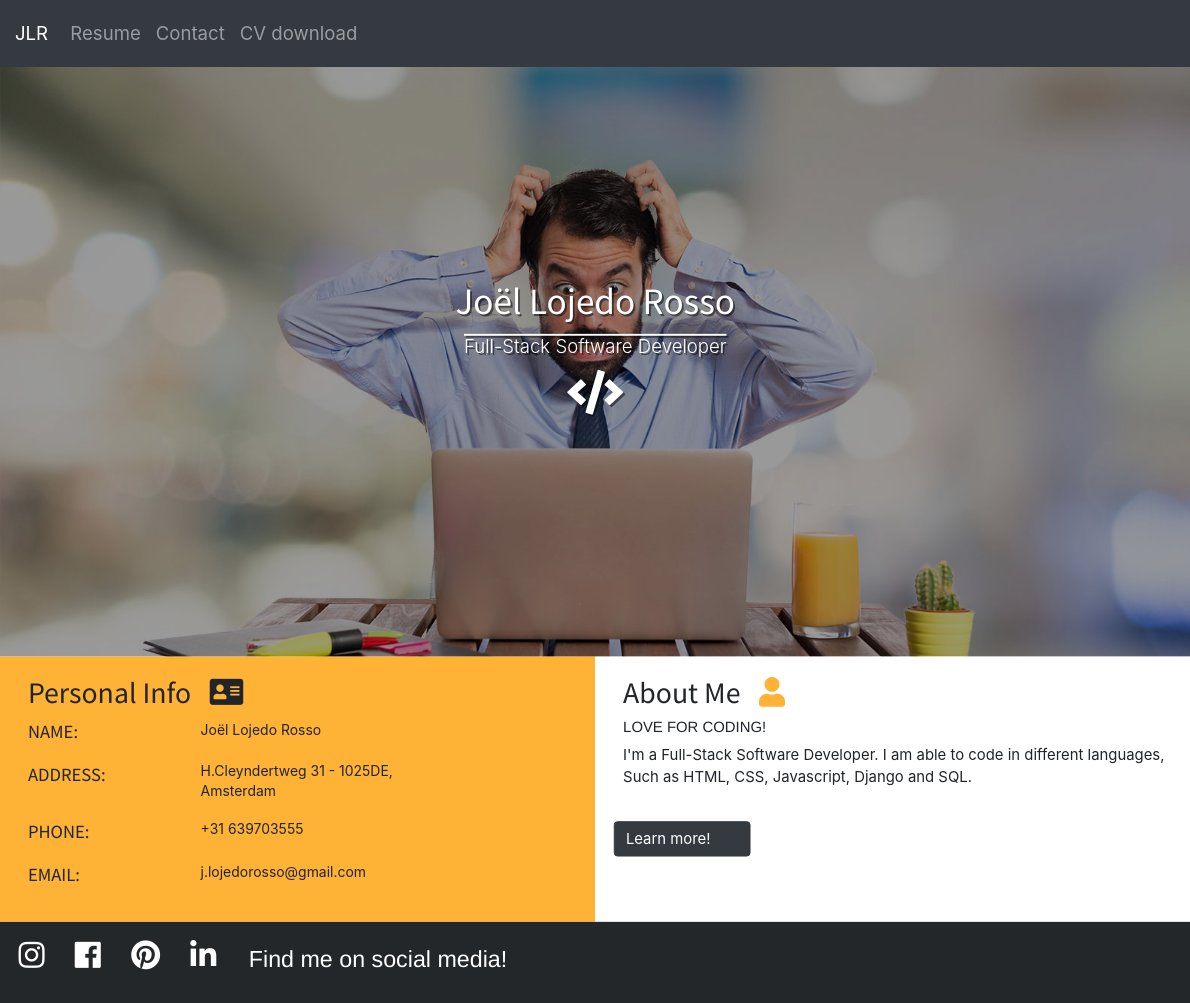
Repository: Kawaiisaki/Portfolio-site
Page: index.html
The author's editor kept a record of every edit. The page is drawn from the files as they stood at one moment, then again after the next edit.
The browser window is 1280 px wide. The pictures show the whole page, at 93% of full size.
Backgrounds fixed to the window are drawn as part of the page. Some web libraries are served in a nearby version.

Above is the page before.

### index.html
<!DOCTYPE html>
<html lang="en">

<head>
    <meta charset="UTF-8">
    <meta name="viewport" content="width=device-width, initial-scale=1.0">
    <meta http-equiv="X-UA-Compatible" content="ie=edge">
    <link rel="stylesheet" href="https://maxcdn.bootstrapcdn.com/bootstrap/4.2.1/css/bootstrap.min.css" type="text/css" />
    <link rel="stylesheet" href="https://use.fontawesome.com/releases/v5.0.10/css/all.css" integrity="sha384-+d0P83n9kaQMCwj8F4RJB66tzIwOKmrdb46+porD/OvrJ+37WqIM7UoBtwHO6Nlg" crossorigin="anonymous">
    <link rel="stylesheet" href="https://cdnjs.cloudflare.com/ajax/libs/hover.css/2.3.1/css/hover-min.css" type="text/css" />
    <link rel="stylesheet" href="assets/css/style.css" type="text/css" />
    <title>Joel's Portfolio</title>
</head>

<body>
    <header class="container-fluid">
        <nav class="navbar sticky-top navbar-expand-lg navbar-dark bg-dark">
            <a class="navbar-brand" href="#">JLR</a>
            <button class="navbar-toggler" type="button" data-toggle="collapse" data-target="#navbarSupportedContent" aria-controls="navbarSupportedContent" aria-expanded="false" aria-label="Toggle navigation">
    <span class="navbar-toggler-icon"></span>
  </button>

            <div class="collapse navbar-collapse" id="navbarSupportedContent">
                <ul class="navbar-nav navbar-brand mr-auto">
                    <li class="nav-item">
                        <a class="nav-link" href="../resume.html">Resume</a>
                    </li>
                    <li class="nav-item">
                        <a class="nav-link" href="#">Contact</a>
                    </li>
                    <li class="nav-item">
                        <a class="nav-link" href="#">CV download</a>
                    </li>
                </ul>
            </div>
        </nav>
        <div class="container-fluid callout-container">
            <div class="transparant-overlay"></div>
            <div class="row">
                <div class="col-12">
                    <div class="jumbotron callout text-center">
                        <div class="container">
                            <h1 class="name"> Joël Lojedo Rosso</h1>
                            <p class="lead"> Full-Stack Software Developer</p>
                            <i class="fas fa-code fa-3x"></i>
                        </div>
                    </div>
                </div>
            </div>
        </div>
    </header>
    <section>
        <div class="container-fluid">
            <div class="row no-gutters">
                <div class="col personal-info">
                    <h2 class="about-me">Personal Info<i class="fas fa-address-card"></i></h2>
                    <div class="key">
                        <p class="uppercase">Name:</p>
                    </div>
                    <div class="value">
                        <p>Joël Lojedo Rosso</p>
                    </div>
                    <div class="key">
                        <p class="uppercase">Address:</p>
                    </div>
                    <div class="value">
                        <p>H.Cleyndertweg 31 - 1025DE, Amsterdam</p>
                    </div>
                    <div class="key">
                        <p class="uppercase">Phone:</p>
                    </div>
                    <div class="value">
                        <p>+31 639703555</p>
                    </div>
                    <div class="key">
                        <p class="uppercase">Email:</p>
                    </div>
                    <div class="value">
                        <p>j.lojedorosso@gmail.com</p>
                    </div>
                </div>
                <div class="col introduction">
                    <h2 class="about-me">About Me<i class="fas fa-user"></i></h2>
                    <h6 class="subtitle uppercase"> Love for coding!</h6>
                    <p>I'm a Full-Stack Software Developer. I am able to code in different languages, Such as HTML, CSS, Javascript, Django and SQL.</p>
                    <button type="button" class="btn btn-dark">Learn more!<a href="#"></a></button>
                </div>
            </div>
        </div>
    </section>
    <section>

    </section>
    <footer>
        <div class="container-fluid social-icons">
            <div class="row no-gutters ">
                <div class="col-md-auto">
                    <ul class="list-inline social-media-icons">
                        <li class="list-inline-item">
                            <a target="_blank" href="https://www.instagram.com/thekawaiisaki/">
                                <i class="fab fa-instagram fa-2x" aria-hidden="true"></i>
                                <span class="sr-only">Instagram</span>
                            </a>
                        </li>
                        <li class="list-inline-item">
                            <a target="_blank" href="https://www.facebook.com/joellojedorosso">
                                <i class="fab fa-facebook fa-2x"  aria-hidden="true"></i>
                                <span class="sr-only">Facebook</span>
                            </a>
                        </li>
                        <li class="list-inline-item">
                            <a target="_blank" href="https://nl.pinterest.com/jlojedorosso/">
                                <i class="fab fa-pinterest fa-2x" aria-hidden="true"></i>
                                <span class="sr-only">Pinterest</span>
                            </a>
                        </li>
                        <li class="list-inline-item">
                            <a target="_blank" href="https://www.linkedin.com/in/joellojedorosso/">
                                <i class="fab fa-linkedin-in fa-2x" aria-hidden="true"></i>
                                <span class="sr-only">Instagram</span>
                            </a>
                        </li>
                    </ul>
                </div>
                <div class="col">
                    <div>
                        <h3 class="social-text">Find me on social media!</h3>
                    </div>
                </div>
            </div>
        </div>
    </footer>
</body>

</html>

### assets/css/style.css
@import url('https://fonts.googleapis.com/css?family=Source+Sans+Pro:100,200,300,400,500,600,700,800,900&display=swap');

.container-fluid {
  padding-left: 0;
  padding-right: 0;
}

/*---------------------------------------Callout*/

.callout-container {
  height: 88vh;

  background: url('../images/stock.jpg') no-repeat center center fixed;
  -webkit-background-size: cover;
  -moz-background-size: cover;
  -o-background-size: cover;
  background-size: cover;

  display: flex;
  align-items: center;
  justify-content: center;

  position: relative;
}

.transparant-overlay {
  position: absolute;
  top: 0;
  left: 0;
  width: 100%;
  height: 100%;
  background-color: rgba(0, 0, 0, 0.4)
}

.jumbotron {
  background-color: transparent;
}

.name {
  font-family: "Source Sans Pro", sans-serif;
  color: white;
  font-weight: 400;
  margin-bottom: 10px;
  text-shadow: 2px 2px rgba(0, 0, 0, 0.5);
}

.lead {
  color: #ffffff;
  margin: 10px;
  text-decoration: overline;
  text-shadow: 2px 2px rgba(0, 0, 0, 0.5);
}

.fa-code {
  color: #fff;
  text-shadow: 2px 2px rgba(0, 0, 0, 0.5);
}

/*---------------------------------------About-Personal-*/

.subtitle {
  margin-left: 30px;
  font-family: "helvetica", sans-serif;
  font-weight: 200;
}

.key {
  font-family: "Source Sans Pro", sans-serif;
  padding-left: 30px;
  display: inline-block;
  font-size: 20px;
  width: 33%;
  vertical-align: top;
}

.value {
  display: inline-block;
  font-size: 15px;
  width: 33%;
}

.personal-info {
  padding: 20px;
  background-color: #feb236;
  display: block;
  clear: both;
}


.introduction {
  padding: 20px;
  background-color: #fff;
}

.introduction p {
  margin-left: 30px;
}

.about-me {
  font-family: "Source Sans Pro", sans-serif;
  margin-left: 30px;
}

.fa-user,
.fa-address-card {
  padding-left: 20px;
}

.fa-user {
  color: #feb236;
}

.introduction a {
  margin-left: 30px;
}

/*---------------------------------------Footer*/

.social-text {
  color: #fff;
  font-family: "Helvetica", sans-serif;
  font-weight: 400;
  font-size: 25px;
  padding-top: 15px;
  padding-left: 25px;
}

footer {
  background-color: #24272a;
  min-height: 50px;
  padding: 10px;
}

.social-media-icons li i {
  color: #fff;
  margin: 10px;
}

/*---------------------------------------Additional*/

.uppercase {
  text-transform: uppercase;
}

/*---------------------------------------About page*/

.fa-file-code,
.fa-cogs,
.fa-tasks {
  padding-left: 20px;
}

.white-text {
  color: #fff;
}

/*---------------------------------------About bg colors*/

.what-bg-color {
  background-color: #6b5b95;
}

.how-bg-color {
  background-color: #fff;
}

.why-bg-color {
  background-color: #feb236;
}

/*---------------------------------------Resume page*/

.projects {
  background-color: #6b5b95;
  color: #fff;
  font-family: "Source Sans Pro", sans-serif;
  max-width: 50%;
  padding: 60px;
}

.list-group-item {
  background-color: transparent;
}

.project-item {
  color: #fff;
  text-decoration: none;
  max-width: 60%;
  margin: auto;
}

.project-item:hover {
  text-decoration: none;
  color: #feb236;
}

.front-end,
.back-end {
  font-family: "Source Sans Pro", sans-serif;
  padding: 60px;
}

.back-end {
  background-color: #f6f6f6;
}

.fa-laptop {
  padding-left: 20px;
}

/*---------------------------------------Progress bars*/

.skill-progression {
  font-family: "Source Sans Pro", sans-serif;
}

.progress {
  position: relative;
  margin-bottom: 4px;
  height: 25px;
}

.progres-skill {
  font-family: "Sans Source Pro", sans-serif;
  position: absolute;
  left: 5px;
  font-weight: 400;
  padding: 3px 30px 2px 10px;
  color: #000;
}

.bar-skills {
  margin: auto;
  max-width: 80%;
  padding: 60px;
}

.progress-bar-striped {
  background-color: #feb236;
}

/*---------------------------------------contact page*/

.contact-heading {
  margin: 50px;
}

.contact-title,
.contact-me {
  font-family: "Source Sans Pro", sans-serif;
}

.contact-title {
  font-weight: 200;
}

.btn-primary {
  background-color: #feb236;
  color: #000;
}

button {
  margin: 20px;
}

.form-placement {
  padding-top: 20px;
  max-width: 40%;
  margin: auto;
}

After the next edit:
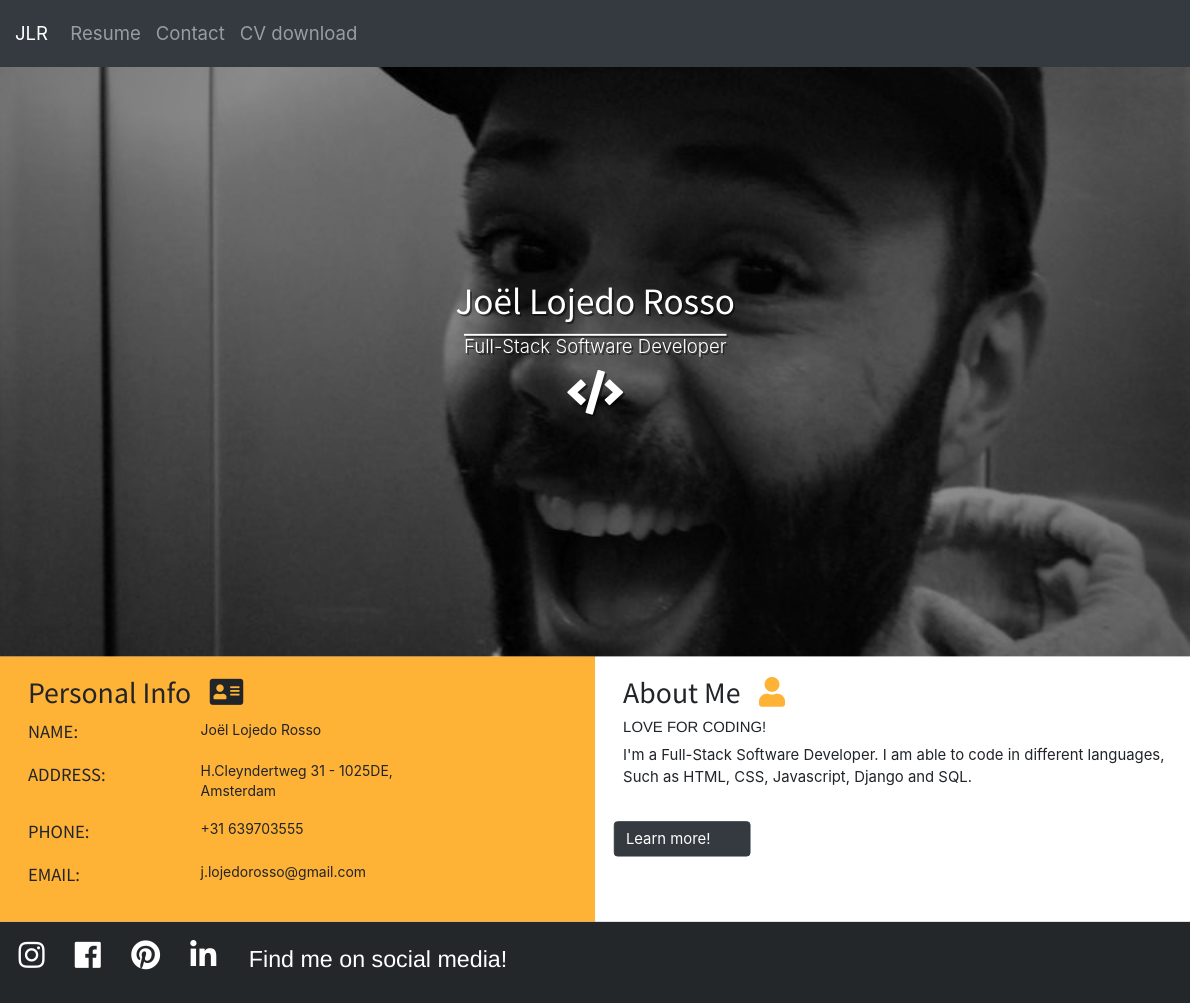
The edit:
--- a/assets/css/style.css
+++ b/assets/css/style.css
@@ -10,7 +10,7 @@
 .callout-container {
   height: 88vh;
 
-  background: url('../images/stock.jpg') no-repeat center center fixed;
+  background: url('../images/joelgrey.jpg') no-repeat center center fixed;
   -webkit-background-size: cover;
   -moz-background-size: cover;
   -o-background-size: cover;
